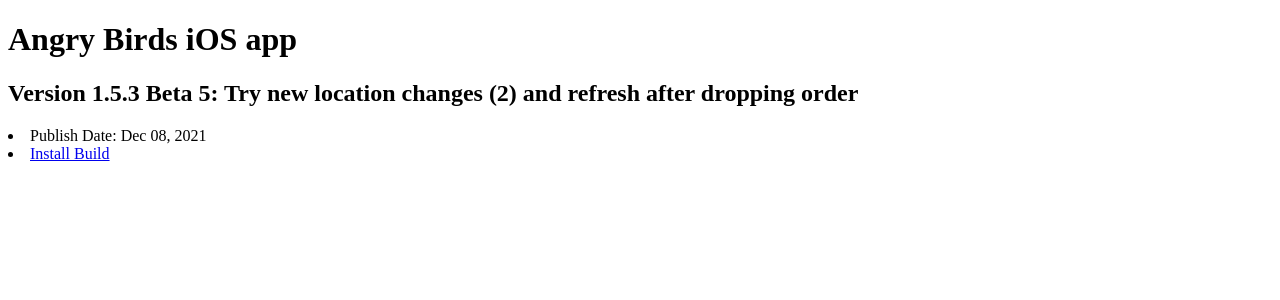
Repository: KhoKhoCrunch/KhoKhoCrunch.github.io
Page: rrplus/index.html
These files come from the project's save history. The page is drawn as it stood at one moment and after the next save; the edit follows.
The browser window is 1280 px wide. The pictures show the whole page.

Above is the page before, as saved 2021-12-20 22:48:50.

After the next save:
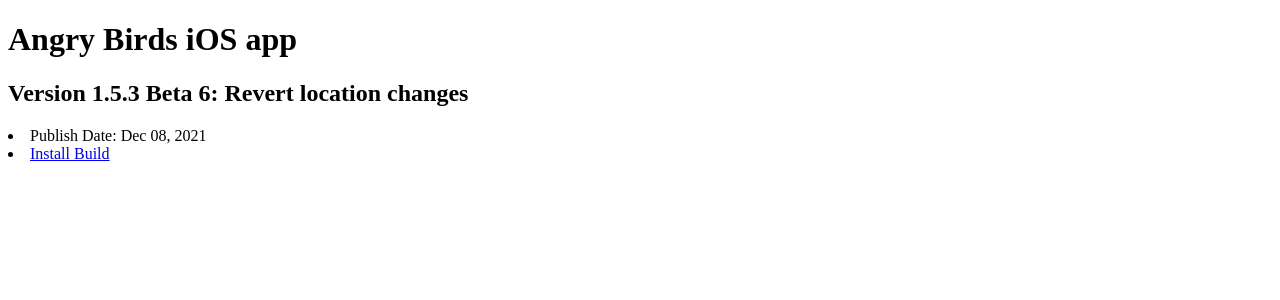
Saved 12 h 24 min later.
--- a/rrplus/index.html
+++ b/rrplus/index.html
@@ -6,7 +6,7 @@
     </head>
     <body>
       <h1>Angry Birds iOS app</h1>
-      <h2>Version 1.5.3 Beta 5: Try new location changes (2) and refresh after dropping order</h2>
+      <h2>Version 1.5.3 Beta 6: Revert location changes</h2>
 
         <li>
           Publish Date: Dec 08, 2021
